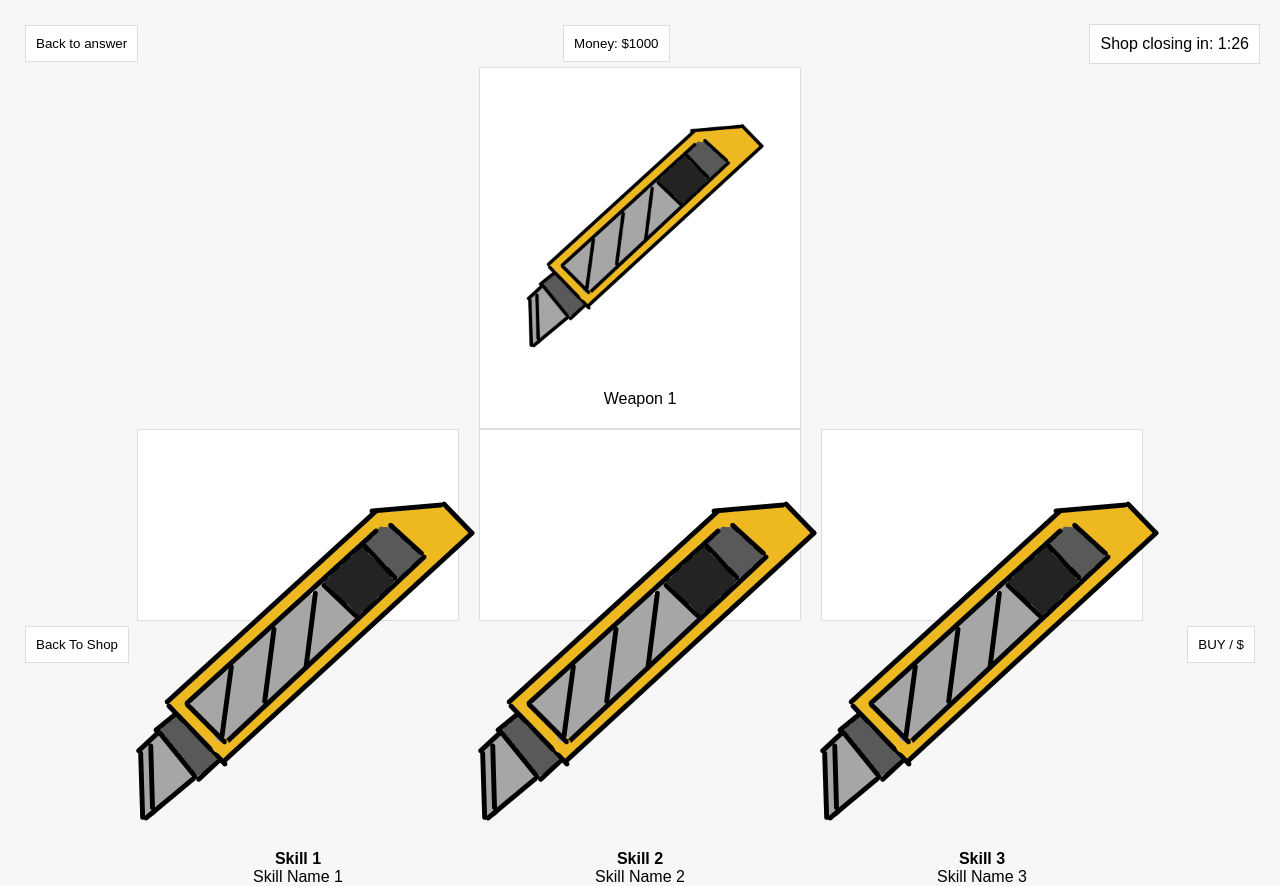
Repository: sean12-2007/Jailbreaker
Page: public/src/pages/shop_skills copy 2.html
These files come from the project's save history. The page is drawn as it stood at one moment and after the next save; the edit follows.
The browser window is 1280 px wide. The pictures show the whole page.

Above is the page before, as saved 2024-08-09 20:24:51.

After the next save:
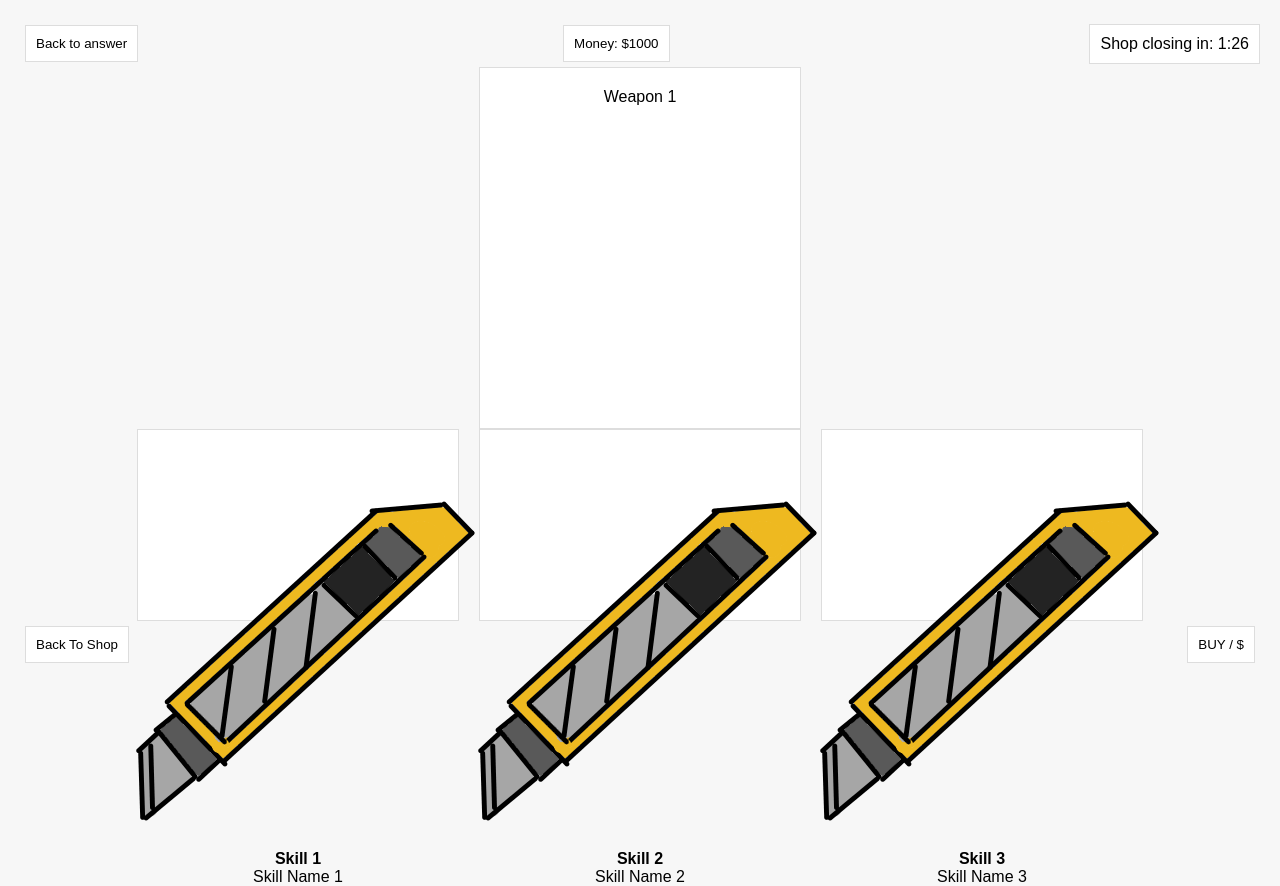
Saved 16 s later.
--- a/public/src/pages/shop_skills copy 2.html
+++ b/public/src/pages/shop_skills copy 2.html
@@ -86,7 +86,6 @@
   </div>
   <div class="weapon-container">
     <div class="weapon">
-      <img src="/images/artknife.png" alt="Weapon 1" />
       <div>Weapon 1</div>
     </div>
   </div>
